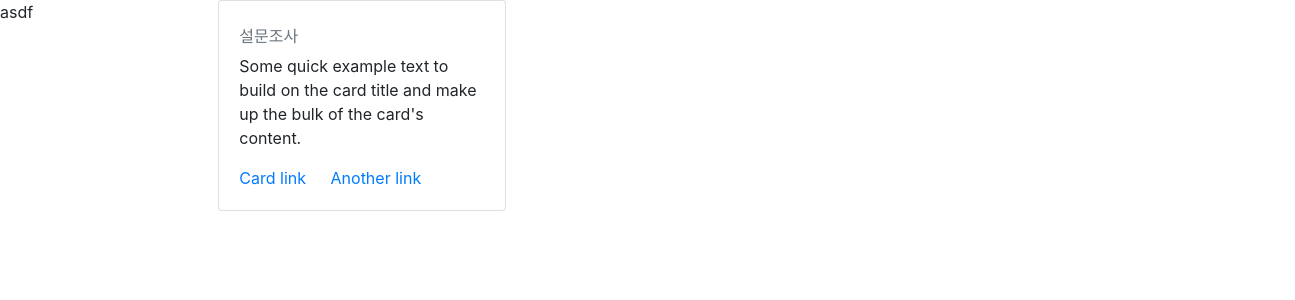
Repository: Pastelkun99/fs_1
Page: http://localhost/Fusion_1/WEB-INF/views/analysisList.jsp
An editor plug-in stored every save of this project. The page is shown before and after the next save, followed by the edit.
The browser window is 1280 px wide. The page is 1295 px wide, so the pictures cover 1295 px, including what lies to the right of the window. The pictures show the whole page.
The page is served by Tomcat 9. Nobody is signed in. Other server files are loaded and not shown. The template is opened directly, without the code that normally fills it, so the values that code supplies are empty.

Above is the page before, as saved 2019-11-21 04:12:02.
Console error: TypeError: Cannot read properties of undefined (reading 'fn')

### Fusion_1/src/main/webapp/WEB-INF/views/analysisList.jsp
<%@ page language="java" contentType="text/html; charset=UTF-8"
	pageEncoding="UTF-8"%>
<%@ taglib uri="http://java.sun.com/jsp/jstl/core" prefix="c"%>
<%@ taglib uri="http://www.springframework.org/tags/form" prefix="form"%>
<%@ page session="true"%>
<meta charset="UTF-8">
<link rel="stylesheet"
	href="https://stackpath.bootstrapcdn.com/bootstrap/4.3.1/css/bootstrap.min.css"
	integrity="sha384-ggOyR0iXCbMQv3Xipma34MD+dH/1fQ784/j6cY/iJTQUOhcWr7x9JvoRxT2MZw1T"
	crossorigin="anonymous">
<script
	src="https://stackpath.bootstrapcdn.com/bootstrap/4.3.1/js/bootstrap.min.js"
	integrity="sha384-JjSmVgyd0p3pXB1rRibZUAYoIIy6OrQ6VrjIEaFf/nJGzIxFDsf4x0xIM+B07jRM"
	crossorigin="anonymous"></script>
<html>
<head>
<link rel="shortcut icon" href="data:[embedded picture, 19 characters]" type="image/x-icon">
<title>설문조사</title>
</head>
<body>
<div class="row">
	<div class="col-2">
	asdf
	</div>
	<div class="col-6">
		<div class="card" style="width:18rem;">
	  		<div class="card-body">
	  		  <h5 class="card-title"></h5>
	   		  <h6 class="card-subtitle mb-2 text-muted">설문조사</h6>
	    	  <p class="card-text">Some quick example text to build on the card title and make up the bulk of the card's content.</p>
	    	  <a href="#" class="card-link">Card link</a>
	    	  <a href="#" class="card-link">Another link</a>
		  	</div>
  		</div>
	</div>
  	<div class="col-2"></div>
</div>

</body>
</html>

After the next save:
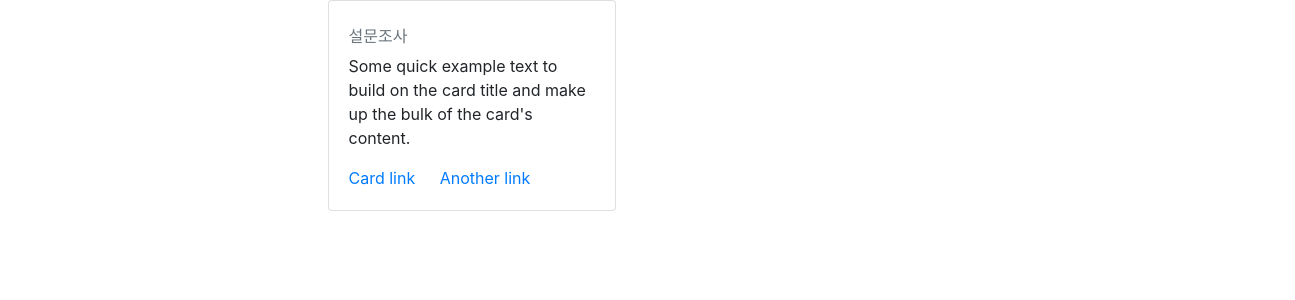
Saved 18 s later.
--- a/Fusion_1/src/main/webapp/WEB-INF/views/analysisList.jsp
+++ b/Fusion_1/src/main/webapp/WEB-INF/views/analysisList.jsp
@@ -19,9 +19,7 @@
 </head>
 <body>
 <div class="row">
-	<div class="col-2">
-	asdf
-	</div>
+	<div class="col-3"></div>
 	<div class="col-6">
 		<div class="card" style="width:18rem;">
 	  		<div class="card-body">
@@ -33,7 +31,7 @@
 		  	</div>
   		</div>
 	</div>
-  	<div class="col-2"></div>
+  	<div class="col-3"></div>
 </div>
 
 </body>
